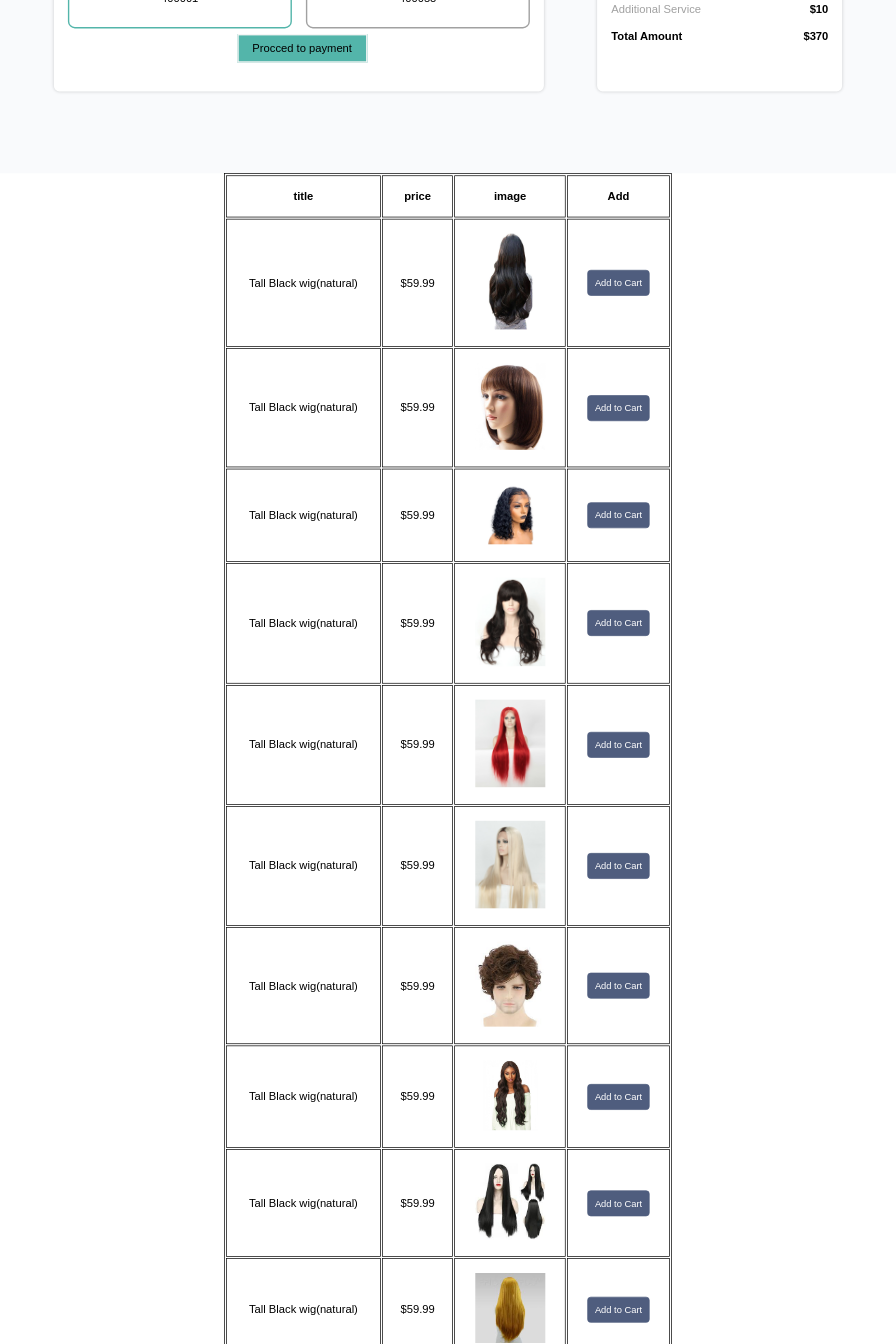
Repository: Zzero202/Zzero202
Page: index.html
These files come from the project's save history. The page is drawn as it stood at one moment and after the next save; the edit follows.
The browser window is 1280 px wide. The pictures show the part of the page from y = 2682 to 4602 px (the page is 5025 px tall), at 70% of full size.
A picture or video elsewhere on the page could not be fetched, so the positions and the page height are approximate.

Above is the page before, as saved 2021-12-09 01:53:33.

After the next save:
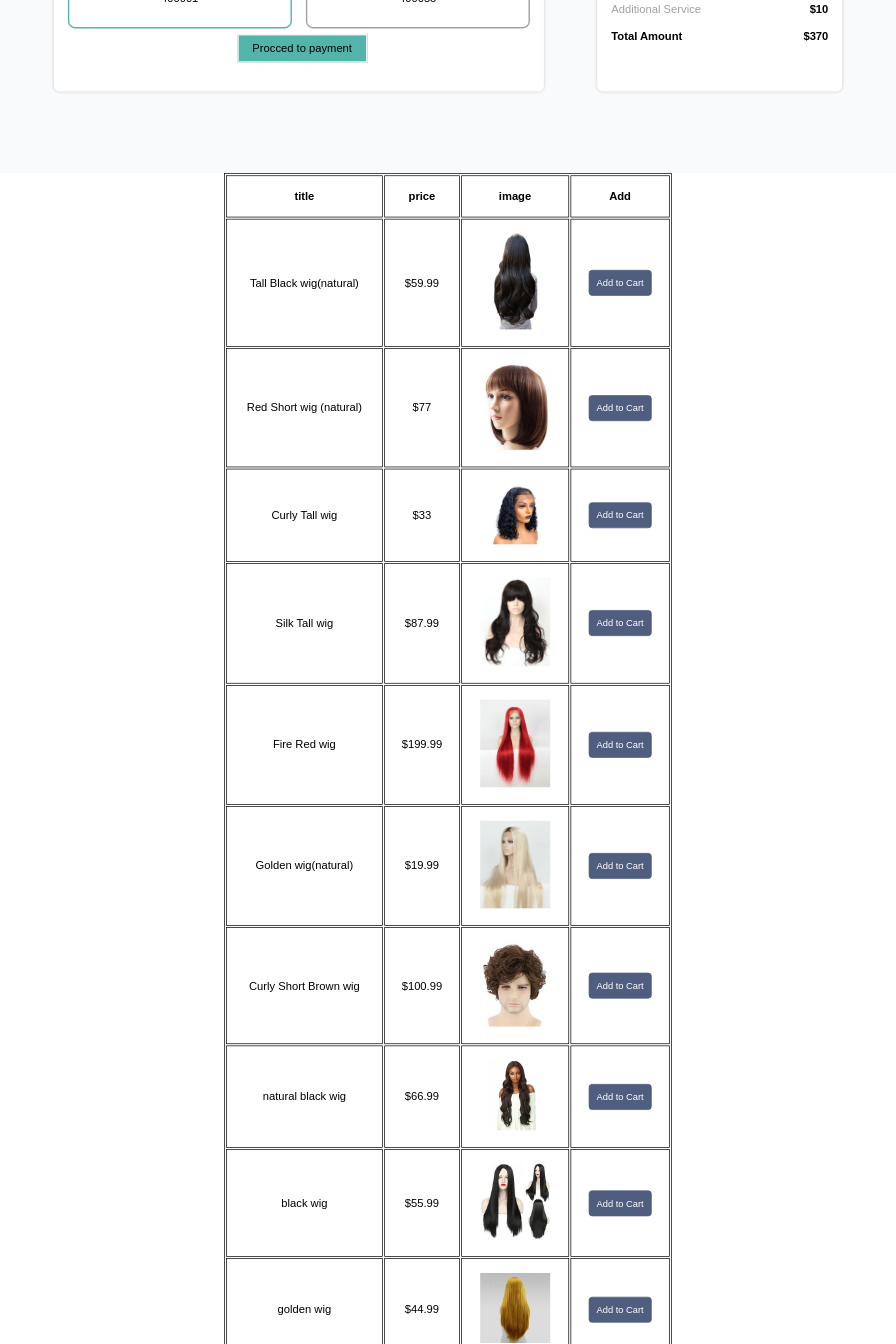
Saved 4 min 34 s later.
--- a/index.html
+++ b/index.html
@@ -631,68 +631,98 @@ footer a {
         <td><button>Add to Cart</button></td>
       </tr>
       <tr>
-        <td>Tall Black wig(natural)</td>
-        <td>$59.99</td>
+        <td>Red Short wig (natural)
+        </td>
+        <td>$77
+        </td>
         <td><img src="img/2.jpg" width="100" alt=""></td>
         <td><button>Add to Cart</button></td>
       </tr>
       <tr>
-        <td>Tall Black wig(natural)</td>
-        <td>$59.99</td>
+        <td>Curly Tall wig
+        </td>
+        <td>$33
+
+        </td>
         <td><img src="img/3.jpg" width="100" alt=""></td>
         <td><button>Add to Cart</button></td>
       </tr>
       <tr>
-        <td>Tall Black wig(natural)</td>
-        <td>$59.99</td>
+        <td>Silk Tall wig
+        </td>
+        <td>$87.99</td>
         <td><img src="img/4.jpg" width="100" alt=""></td>
         <td><button>Add to Cart</button></td>
       </tr>
       <tr>
-        <td>Tall Black wig(natural)</td>
-        <td>$59.99</td>
+        <td>Fire Red wig
+        </td>
+        <td>$199.99
+
+        </td>
         <td><img src="img/5.jpg" width="100" alt=""></td>
         <td><button>Add to Cart</button></td>
       </tr>
       <tr>
-        <td>Tall Black wig(natural)</td>
-        <td>$59.99</td>
+        <td>Golden wig(natural)
+        </td>
+        <td>$19.99
+
+        </td>
         <td><img src="img/6.jpg" width="100" alt=""></td>
         <td><button>Add to Cart</button></td>
       </tr>
       <tr>
-        <td>Tall Black wig(natural)</td>
-        <td>$59.99</td>
+        <td>Curly Short Brown wig
+        </td>
+        <td>$100.99
+
+        </td>
         <td><img src="img/7.jpg" width="100" alt=""></td>
         <td><button>Add to Cart</button></td>
       </tr>
       <tr>
-        <td>Tall Black wig(natural)</td>
-        <td>$59.99</td>
+        <td>natural black wig
+        </td>
+        <td>$66.99
+
+        </td>
         <td><img src="img/8.jpg" width="100" alt=""></td>
         <td><button>Add to Cart</button></td>
       </tr>
       <tr>
-        <td>Tall Black wig(natural)</td>
-        <td>$59.99</td>
+        <td>black wig
+        </td>
+        <td>$55.99
+
+        </td>
         <td><img src="img/9.jpg" width="100" alt=""></td>
         <td><button>Add to Cart</button></td>
       </tr>
       <tr>
-        <td>Tall Black wig(natural)</td>
-        <td>$59.99</td>
+        <td>golden wig
+        </td>
+        <td>$44.99
+
+        </td>
         <td><img src="img/10.jpg" width="100" alt=""></td>
         <td><button>Add to Cart</button></td>
       </tr>
       <tr>
-        <td>Tall Black wig(natural)</td>
-        <td>$59.99</td>
+        <td>black natural wig
+          </td>
+        <td>$15.99
+
+        </td>
         <td><img src="img/11.jpg" width="100" alt=""></td>
         <td><button>Add to Cart</button></td>
       </tr>
       <tr>
-        <td>Tall Black wig(natural)</td>
-        <td>$59.99</td>
+        <td>red wig
+        </td>
+        <td>$33.99
+
+        </td>
         <td><img src="img/12.jpg" width="100" alt=""></td>
         <td><button>Add to Cart</button></td>
       </tr>
